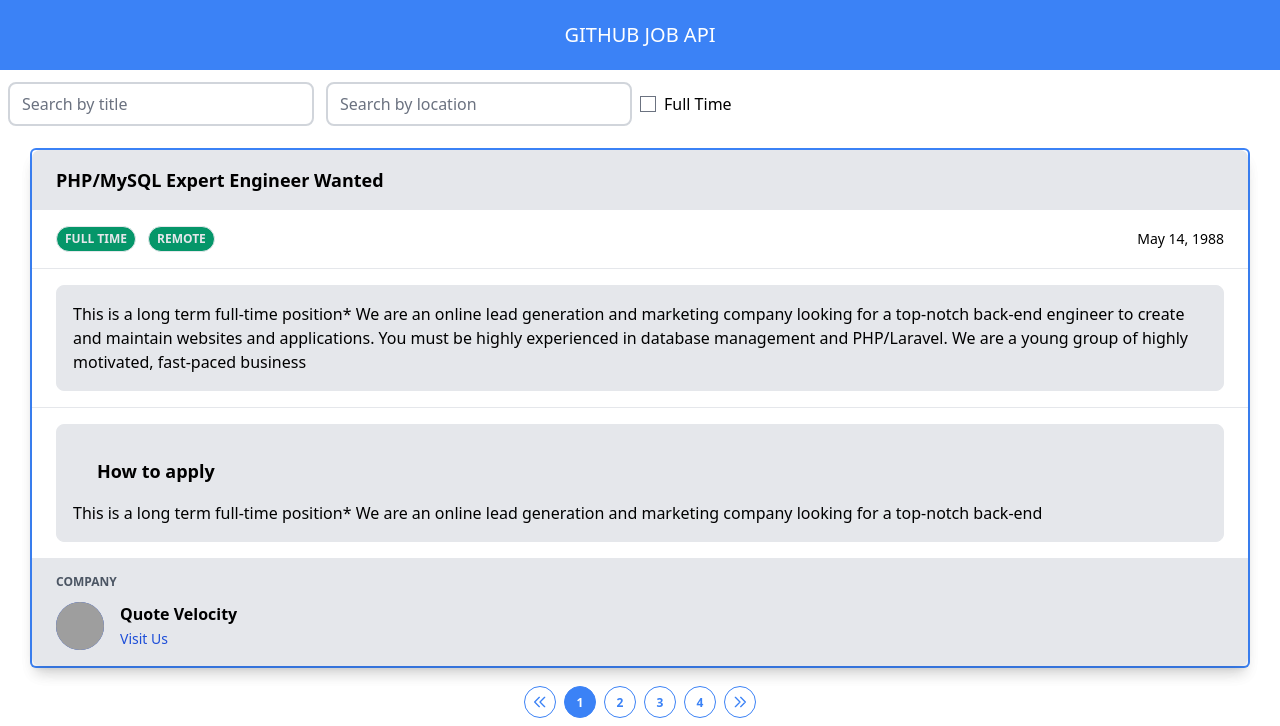
Repository: ShamroOoz/Github-job-api-React-Tailwind
Page: /
These files come from the project's save history. The page is drawn as it stood at one moment and after the next save; the edit follows.
The browser window is 1280 px wide. The pictures show the whole page.
Pictures or frames that could not be fetched are drawn as grey boxes. The page's requests for data from a server got no answer. The project was rebuilt for these pictures with package versions that can differ from the ones it lists, and the page was loaded fresh each time. No one was signed in, and anything a server would have sent is missing. Also part of the build but not shown: craco.config.js, src/components/Spinner.js, src/components/Alert.js.

Above is the page before, as saved 2021-03-21 18:41:00.

After the next save:
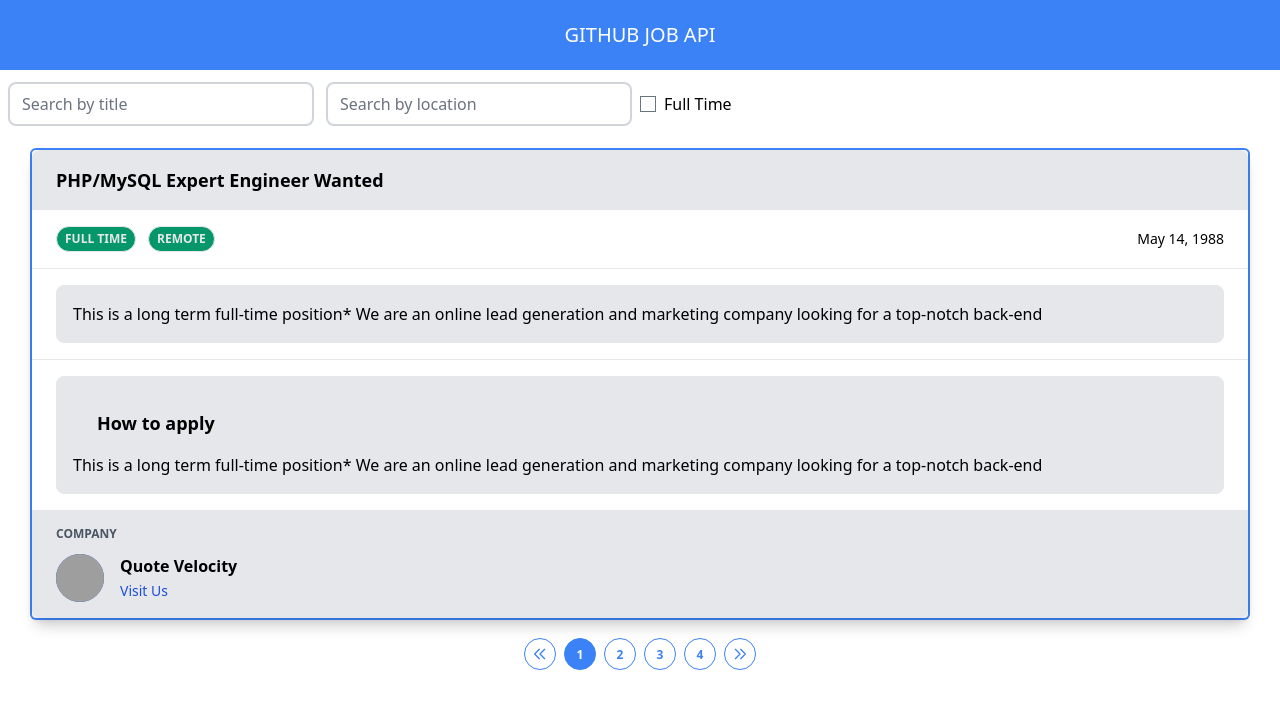
Saved 23 s later.
--- a/src/components/Reducer/Job.js
+++ b/src/components/Reducer/Job.js
@@ -25,9 +25,6 @@
             <span>
               This is a long term full-time position* We are an online lead
               generation and marketing company looking for a top-notch back-end
-              engineer to create and maintain websites and applications. You
-              must be highly experienced in database management and PHP/Laravel.
-              We are a young group of highly motivated, fast-paced business
             </span>
           </div>
         </div>
